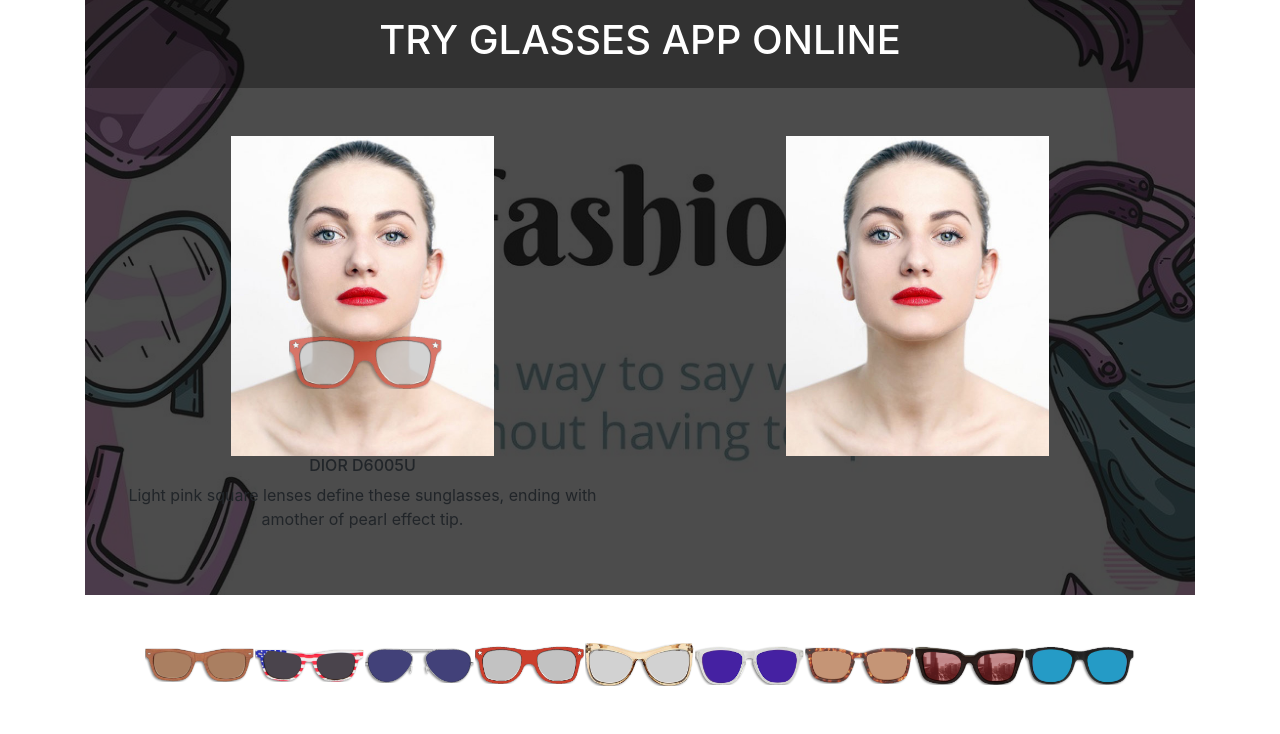
Repository: ducdatit2002/reactjs-try-glasses
Page: /
An editor plug-in stored every save of this project. The page is shown before and after the next save, followed by the edit.
The browser window is 1280 px wide. The pictures show the whole page.
The project was rebuilt for these pictures with package versions that can differ from the ones it lists, and the page was loaded fresh each time. Also part of the build but not shown: src/App.css.

Above is the page before, as saved 2023-10-24 19:10:44.

After the next save:
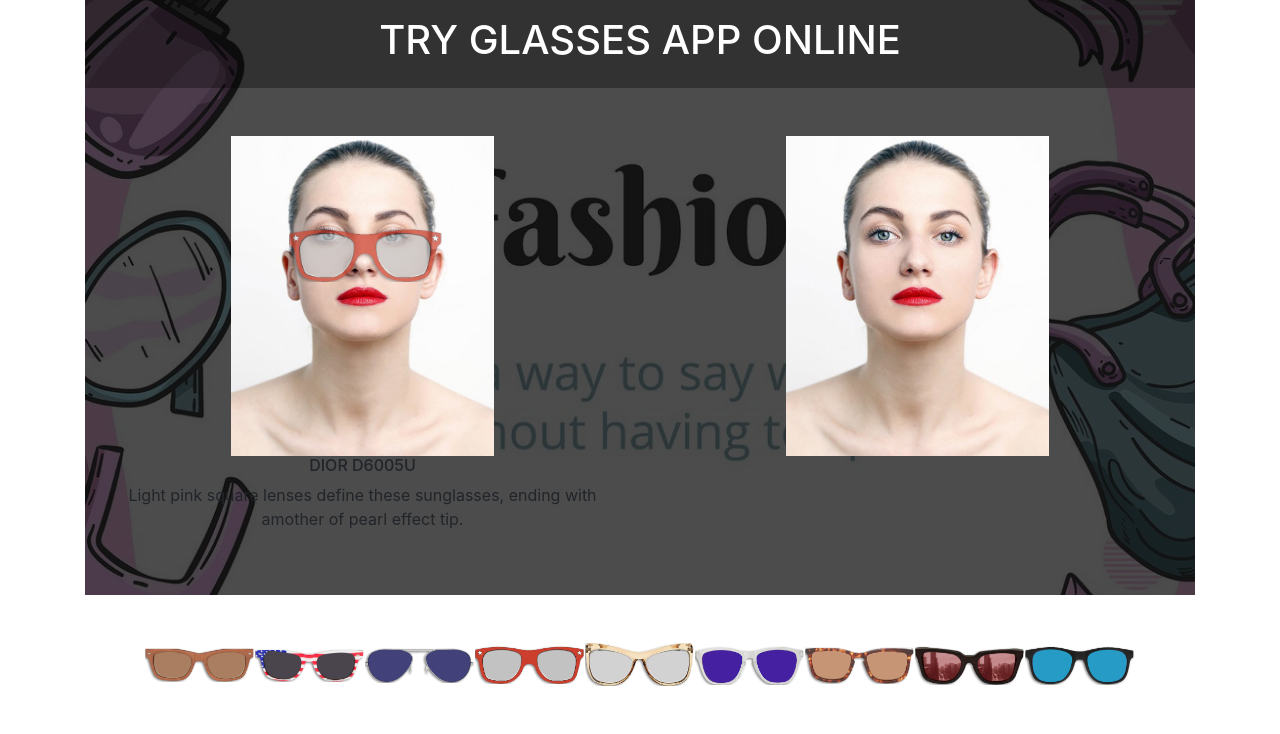
Saved 5 s later.
--- a/src/GlassState/GlassState.css
+++ b/src/GlassState/GlassState.css
@@ -18,5 +18,5 @@
 .tryGlasses {
     position: absolute;
     left: 36%;
-    top: 50%;
+    top: 23%;
 }
